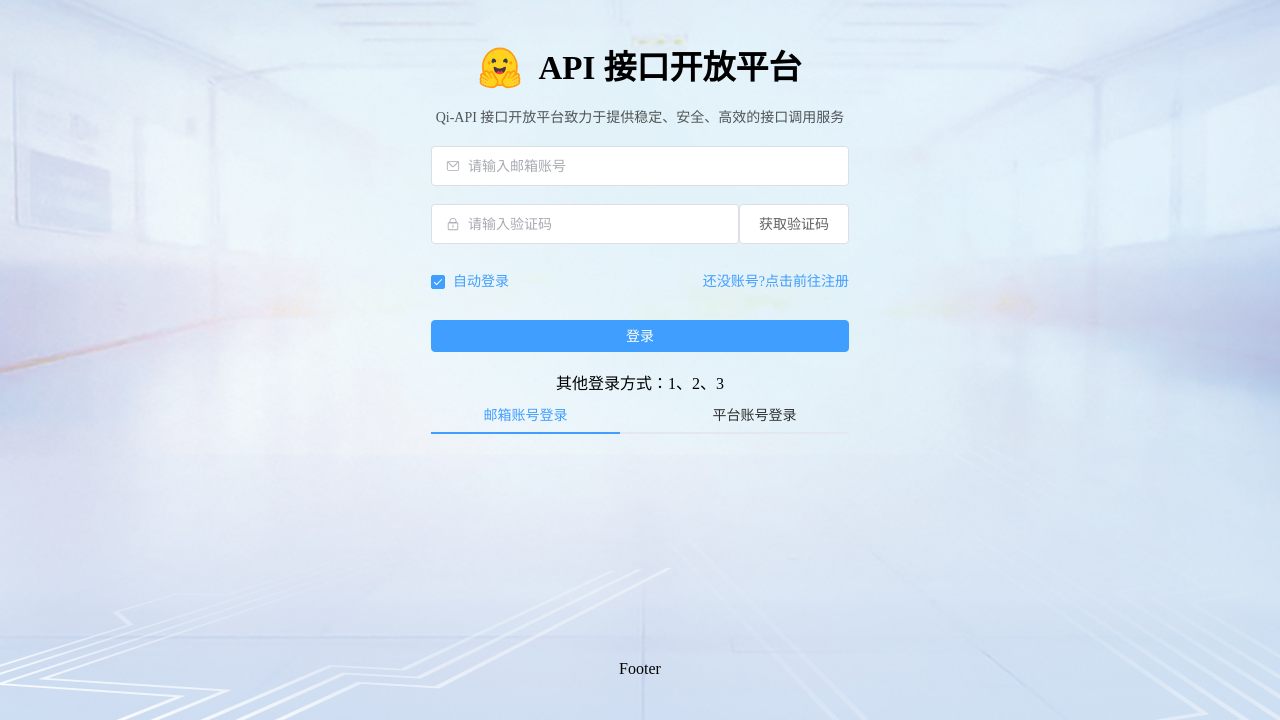
Repository: 202100202078/SignInBox
Page: /login
An editor plug-in stored every save of this project. The page is shown before and after the next save, followed by the edit.
The browser window is 1280 px wide. The pictures show the whole page.
The project was rebuilt for these pictures with package versions that can differ from the ones it lists, and the page was loaded fresh each time. Also part of the build but not shown: vite.config.js, src/components/FilterLayout.vue, src/components/PageFooter.vue, src/components/TableLayout.vue, src/components/ToolTip.vue.

Above is the page before, as saved 2023-11-23 15:30:45.

### src/main.js
import { createApp } from 'vue'
import '@/assets/base.scss'
import pinia from '@/stores/index'
import App from './App.vue'
import router from './router'
import ElementPlus from 'element-plus'
import 'element-plus/dist/index.css'

const app = createApp(App)

app.use(ElementPlus)
app.use(pinia)
app.use(router)

app.mount('#app')

### src/stores/index.js
//将pinia相关代码整合至此
import { createPinia } from 'pinia'
import persist from 'pinia-plugin-persistedstate'

const pinia = createPinia()
pinia.use(persist)

export default pinia

export * from './modules/user'

### src/router/index.js
import { createRouter, createWebHistory } from 'vue-router'

const router = createRouter({
  history: createWebHistory(import.meta.env.BASE_URL),
  routes: [
    {
      path: '/login',
      name: 'login',
      component: () => import('@/views/login/LoginPage.vue')
    },
    {
      path: '/',
      name: 'home',
      component: () => import('@/views/layout/LayOutContainer.vue'),
      redirect: '/home/welcome',
      children: [
        {
          path: '/home/welcome',
          name: 'welcome',
          component: () => import('@/views/home/WelcomePage.vue')
        },
        {
          path: '/home/interface',
          name: 'interface',
          component: () => import('@/views/home/InterfacePage.vue')
        },
        {
          path: '/home/recharge',
          name: 'recharge',
          component: () => import('@/views/home/RechargePage.vue')
        },
        {
          path: '/home/order',
          name: 'order',
          component: () => import('@/views/home/OrderPage.vue')
        },
        {
          path: '/admin/interface',
          name: 'adminInterface',
          component: () => import('@/views/admin/InterfacePage.vue')
        },
        {
          path: '/admin/recharge',
          name: 'adminRecharge',
          component: () => import('@/views/admin/RechargePage.vue')
        },
        {
          path: '/admin/user',
          name: 'adminUser',
          component: () => import('@/views/admin/UserPage.vue')
        }
      ]
    },
    {
      path: '/:pathMatch(.*)',
      component: () => import('@/views/Else/ElsePage.vue')
    }
  ]
})

export default router

### src/stores/modules/user.js
import { defineStore } from 'pinia'
import { ref } from 'vue'

export const useUserStore = defineStore(
  'interface-user',
  () => {
    //用户标识
    const token = ref('')
    const setToken = (t) => {
      token.value = t
    }
    return {
      token,
      setToken
    }
  },
  {
    persist: true,
    key: 'interface-token',
    paths: ['token']
  }
)

### src/views/login/LoginPage.vue
<script setup>
import { ref } from 'vue'
import {
  Message,
  Lock,
  User,
  EditPen,
  Paperclip
} from '@element-plus/icons-vue'
// import { router } from 'vue-router'
const emailForm = ref()
const accountForm = ref()

const formModel = ref({
  email: '',
  account: '',
  invitationCode: '',
  captcha: '',
  password: '',
  repassword: '',
  nickname: ''
})

const rules = {
  email: [
    { required: true, message: '请输入您的邮箱', trigger: 'blur' },
    {
      pattern: /^([A-Za-z0-9_\-.])+@([A-Za-z0-9_\-.])+\.([A-Za-z]{2,4})$/,
      message: '您的邮箱格式有误',
      trigger: 'blur'
    }
  ],
  account: [],
  invitationCode: [],
  captcha: [],
  password: [],
  repassword: [],
  nickname: []
}

const activeName = ref('byEmail')

const isLoginPage = ref(true)

const autoLogin = ref(true)
const agreementChecked = ref(true)

const handleTabClick = (tab) => {
  //在tab切换时进行表单重置
  if (tab.props.name === 'byAccount') {
    emailForm.value.resetFields()
  } else {
    accountForm.value.resetFields()
  }
}
</script>

<template>
  <div class="login-page">
    <el-container>
      <el-header>
        <div class="header">
          <span class="logo">
            <img src="@/assets/avg/logo.svg" />
          </span>
          <span class="title">API 接口开放平台</span>
        </div>
        <div class="describe">
          Qi-API 接口开放平台致力于提供稳定、安全、高效的接口调用服务
        </div>
      </el-header>
      <el-main>
        <el-tabs
          v-model="activeName"
          @tab-click="handleTabClick"
          class="my-tabs"
          stretch
        >
          <el-tab-pane
            :label="isLoginPage ? '邮箱账号登录' : '邮箱账号注册'"
            name="byEmail"
          >
            <el-form ref="emailForm" :model="formModel" :rules="rules">
              <el-form-item v-if="!isLoginPage" prop="nickname">
                <el-input
                  v-model="formModel.nickname"
                  placeholder="请输入昵称"
                  :prefix-icon="EditPen"
                  size="large"
                ></el-input>
              </el-form-item>
              <el-form-item prop="email">
                <el-input
                  v-model="formModel.email"
                  placeholder="请输入邮箱账号"
                  :prefix-icon="Message"
                  size="large"
                ></el-input>
              </el-form-item>
              <el-form-item v-if="!isLoginPage" prop="invitationCode">
                <el-input
                  v-model="formModel.invitationCode"
                  placeholder="请输入邀请码，没有可不填"
                  :prefix-icon="Paperclip"
                  size="large"
                ></el-input>
              </el-form-item>
              <el-form-item prop="captcha">
                <el-input
                  v-model="formModel.captcha"
                  placeholder="请输入验证码"
                  :prefix-icon="Lock"
                  size="large"
                  :style="{ width: '308px' }"
                ></el-input>
                <el-button size="large">获取验证码</el-button>
              </el-form-item>
              <el-form-item class="flex">
                <el-checkbox
                  v-if="isLoginPage"
                  v-model="autoLogin"
                  label="自动登录"
                  size="large"
                />
                <el-checkbox v-else v-model="agreementChecked">
                  同意并接受相关<el-link
                    :underline="false"
                    :style="{
                      display: 'inline-block',
                      'font-size': '15px',
                      'line-height': 1,
                      'font-weight': 500
                    }"
                    >协议</el-link
                  >
                </el-checkbox>
                <el-link
                  :underline="false"
                  @click="isLoginPage = !isLoginPage"
                  >{{
                    isLoginPage
                      ? '还没账号?点击前往注册'
                      : '已有账号?点击前往登录'
                  }}</el-link
                >
              </el-form-item>
              <el-form-item>
                <el-button type="primary" class="btn">{{
                  isLoginPage ? '登录' : '注册'
                }}</el-button>
              </el-form-item>
            </el-form>
          </el-tab-pane>
          <el-tab-pane
            :label="isLoginPage ? '平台账号登录' : '平台账号注册'"
            name="byAccount"
          >
            <el-form ref="accountForm" :model="formModel" :rules="rules">
              <el-form-item v-if="!isLoginPage" prop="nickname">
                <el-input
                  v-model="formModel.nickname"
                  placeholder="请输入昵称"
                  :prefix-icon="EditPen"
                  size="large"
                ></el-input>
              </el-form-item>
              <el-form-item prop="account">
                <el-input
                  v-model="formModel.account"
                  placeholder="请输入账号"
                  :prefix-icon="User"
                  size="large"
                  :style="{ width: '100%' }"
                ></el-input>
              </el-form-item>
              <el-form-item prop="password">
                <el-input
                  v-model="formModel.password"
                  type="password"
                  show-password="true"
                  placeholder="请输入密码"
                  :prefix-icon="Lock"
                  size="large"
                  :style="{ width: '418px' }"
                ></el-input>
              </el-form-item>
              <el-form-item prop="repassword">
                <el-input
                  v-model="formModel.repassword"
                  type="password"
                  show-password="true"
                  placeholder="请再次输入密码"
                  :prefix-icon="Lock"
                  size="large"
                ></el-input>
              </el-form-item>
              <el-form-item v-if="!isLoginPage" prop="invitationCode">
                <el-input
                  v-model="formModel.invitationCode"
                  placeholder="请输入邀请码，没有可不填"
                  :prefix-icon="Paperclip"
                  size="large"
                ></el-input>
              </el-form-item>
              <el-form-item class="flex">
                <el-checkbox
                  v-if="isLoginPage"
                  v-model="autoLogin"
                  label="自动登录"
                  size="large"
                />
                <el-checkbox v-else v-model="agreementChecked">
                  同意并接受相关<el-link
                    :underline="false"
                    :style="{
                      display: 'inline-block',
                      'font-size': '15px',
                      'line-height': 1,
                      'font-weight': 500
                    }"
                    >协议</el-link
                  >
                </el-checkbox>
                <el-link
                  :underline="false"
                  @click="isLoginPage = !isLoginPage"
                  >{{
                    isLoginPage
                      ? '还没账号?点击前往注册'
                      : '已有账号?点击前往登录'
                  }}</el-link
                >
              </el-form-item>
              <el-form-item>
                <el-button type="primary" class="btn">{{
                  isLoginPage ? '登录' : '注册'
                }}</el-button>
              </el-form-item>
            </el-form>
          </el-tab-pane>
          <div class="other">其他登录方式：1、2、3</div>
        </el-tabs>
      </el-main>
      <el-footer>Footer</el-footer>
    </el-container>
  </div>
</template>

<style lang="scss" scoped>
.login-page {
  height: 100vh;
  background: #fff url('@/assets/3.jfif') no-repeat 50%;
  .el-container {
    padding-top: 46px;
    height: 100%;
    justify-content: center;
    align-items: center;
    .el-header {
      display: flex;
      flex-direction: column;
      height: 80px;
      justify-content: space-between;
      .header {
        display: flex;
        justify-content: center;
        align-items: center;
        height: 44px;
        line-height: 44px;
        .logo {
          width: 44px;
          height: 44px;
          margin-right: 16px;
          img {
            width: 100%;
            height: 100%;
          }
        }
        .title {
          font-size: 33px;
          font-weight: 600;
        }
      }
      .describe {
        font-size: 14px;
        color: rgba(0, 0, 0, 0.65);
      }
    }
  }
}

.my-tabs {
  display: flex;
  flex-direction: column;
  text-align: center;
  .flex {
    ::v-deep .el-form-item__content {
      justify-content: space-between;
    }
  }
  .btn {
    width: 100%;
  }
}

.el-link {
  --el-link-text-color: var(--el-color-primary);
  --el-link-hover-text-color: var(--el-text-color-regular);
}
</style>

Loaded but not shown: index.html (common file); src/assets/base.scss (common file); src/App.vue (common file)

After the next save:
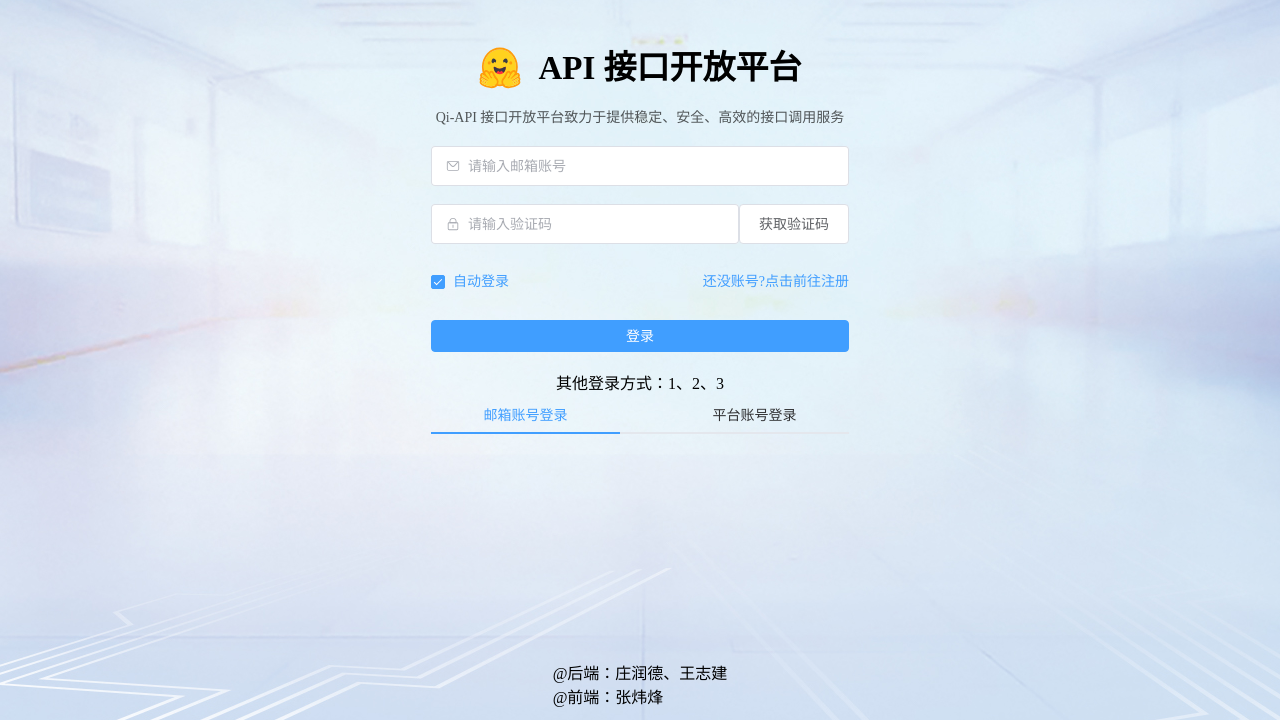
Saved 3 h 43 min later.
--- a/src/views/login/LoginPage.vue
+++ b/src/views/login/LoginPage.vue
@@ -241,7 +241,10 @@ const handleTabClick = (tab) => {
           <div class="other">其他登录方式：1、2、3</div>
         </el-tabs>
       </el-main>
-      <el-footer>Footer</el-footer>
+      <el-footer>
+        <p>@后端：庄润德、王志建</p>
+        <p>@前端：张炜烽</p>
+      </el-footer>
     </el-container>
   </div>
 </template>
